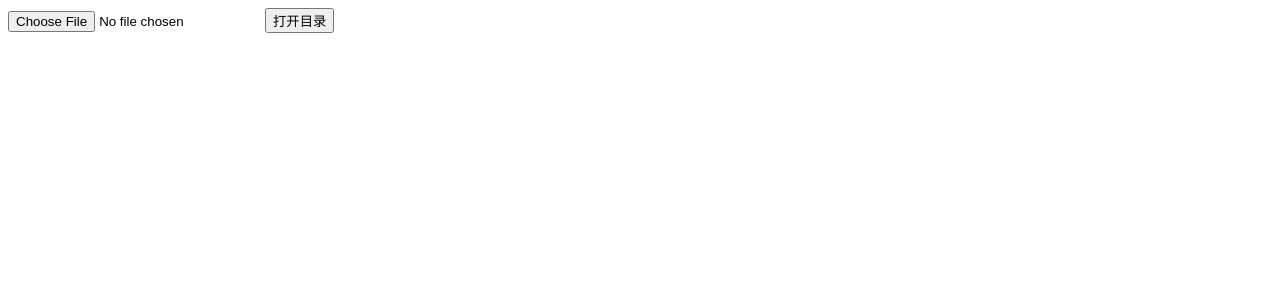
Repository: newhanxins/tool
Page: Protest/testgpt/file.html
The author's editor kept a copy of each file at every save. The page is drawn from the files as they stood at one save, then again after the next save.
The browser window is 1280 px wide. The pictures show the whole page.

Above is the page before, as saved 2025-08-12 16:00:48.

After the next save:
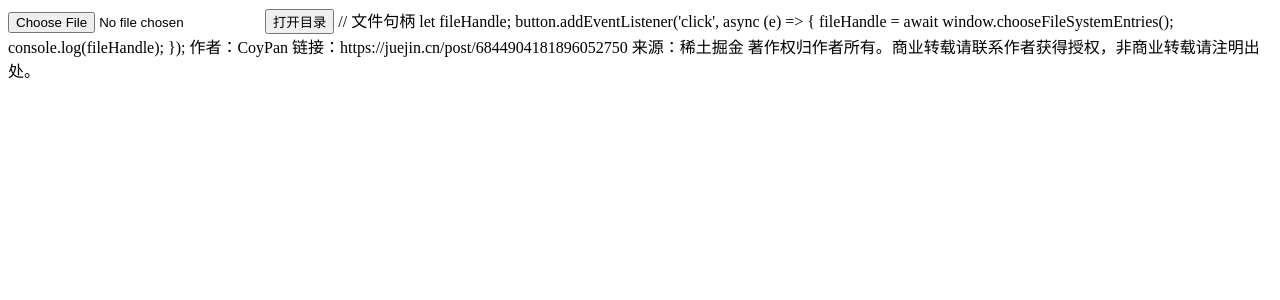
Saved 16 min 50 s later.
--- a/Protest/testgpt/file.html
+++ b/Protest/testgpt/file.html
@@ -32,6 +32,16 @@
       }
     }
   </script>
+    // 文件句柄
+let fileHandle;
+button.addEventListener('click', async (e) => {
+  fileHandle = await window.chooseFileSystemEntries();
+  console.log(fileHandle);
+});
 
+作者：CoyPan
+链接：https://juejin.cn/post/6844904181896052750
+来源：稀土掘金
+著作权归作者所有。商业转载请联系作者获得授权，非商业转载请注明出处。
 </body>
 </html>
